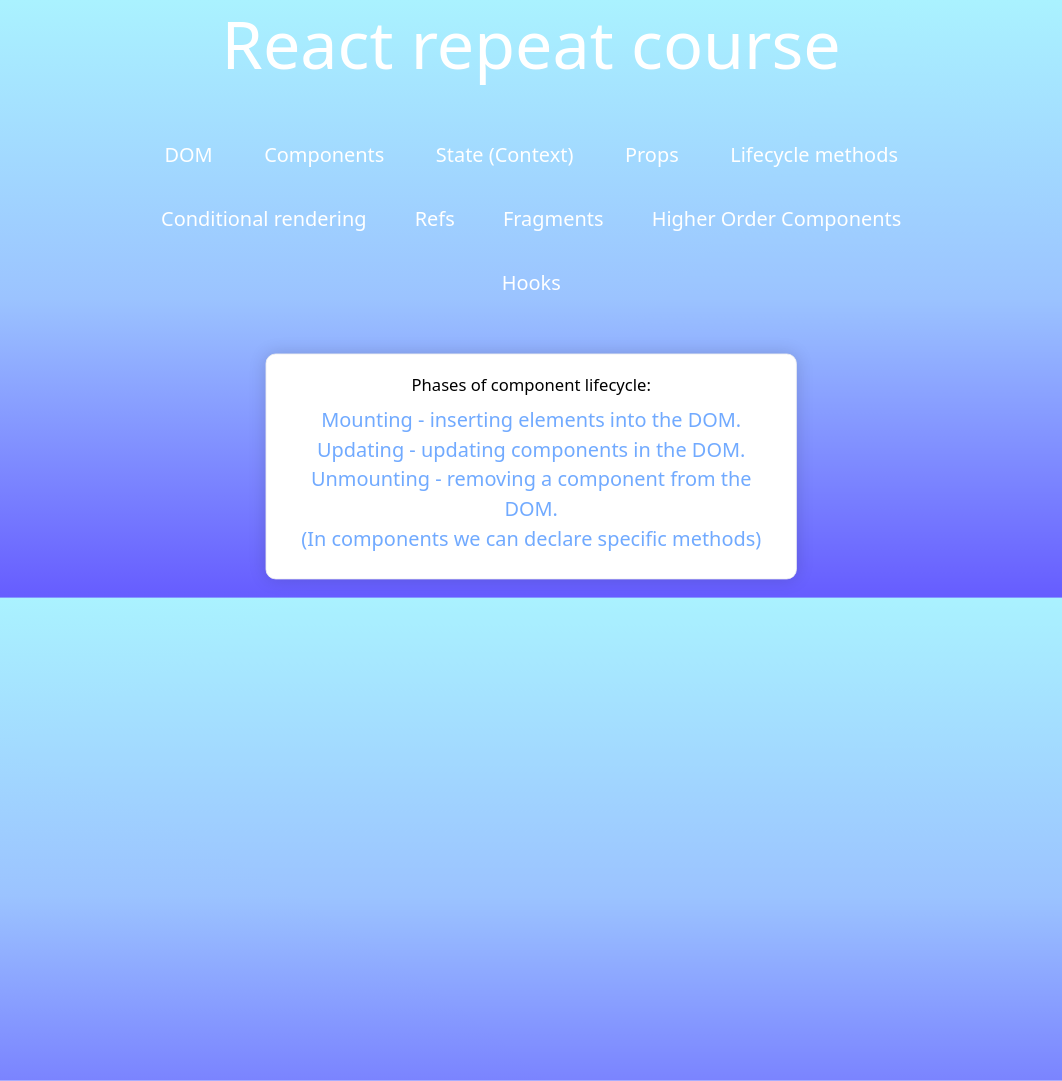
Repository: michalgornicki/github
Page: /#/Lifecycle
An editor plug-in stored every save of this project. The page is shown before and after the next save, followed by the edit.
The browser window is 1280 px wide. The pictures show the whole page, at 83% of full size.
Backgrounds fixed to the window are drawn as part of the page. The project was rebuilt for these pictures with package versions that can differ from the ones it lists, and the page was loaded fresh each time. Also part of the build but not shown: src/components/dom.jsx, src/components/components.jsx, src/components/state.jsx, src/components/props.jsx, src/components/conditional.jsx, src/components/refs.jsx, src/components/fragments.jsx, src/components/hoc.jsx and 1 more.

Above is the page before, as saved 2022-02-07 13:08:03.

### src/App.jsx
import React from "react";
import "./App.css";
import "bootstrap/dist/css/bootstrap.min.css";
import { Route, HashRouter as Router, Routes, Link } from "react-router-dom";
import DOM from "./components/dom.jsx";
import Components from "./components/components.jsx";
import State from "./components/state.jsx";
import Props from "./components/props.jsx";
import Lifecycle from "./components/lifecycle.jsx";
import Conditional from "./components/conditional.jsx";
import Refs from "./components/refs.jsx";
import Fragments from "./components/fragments.jsx";
import HOC from "./components/hoc.jsx";
import Hooks from "./components/hooks.jsx";

const App = () => {
  return (
    <Router>
      <div className="text-center">
        <div className="display-1 mt-1 mb-5 text-white">React repeat course</div>

        <div className="h4 d-flex w-75 m-auto my-5 justify-content-evenly flex-wrap text-white">
          <Link className="link-style m-3" to="/">
            DOM
          </Link>
          <Link className="link-style m-3" to="/Components">
            Components
          </Link>
          <Link className="link-style m-3" to="/State">
            State (Context)
          </Link>
          <Link className="link-style m-3" to="/Props">
            Props
          </Link>
          <Link className="link-style m-3" to="/Lifecycle">
            Lifecycle methods
          </Link>
          <Link className="link-style m-3" to="/Conditional">
            Conditional rendering
          </Link>
          <Link className="link-style m-3" to="/Refs">
            Refs
          </Link>
          <Link className="link-style m-3" to="/Fragments">
            Fragments
          </Link>
          <Link className="link-style m-3" to="/HOC">
            Higher Order Components
          </Link>
          <Link className="link-style m-3" to="/Hooks">
            Hooks
          </Link>
        </div>

        <Routes>
          <Route path="/" element={<DOM />} />
          <Route path="/Components" element={<Components />} />
          <Route path="/State" element={<State />} />
          <Route path="/Props" element={<Props />} />
          <Route path="/Lifecycle" element={<Lifecycle />} />
          <Route path="/Conditional" element={<Conditional />} />
          <Route path="/Refs" element={<Refs />} />
          <Route path="/Fragments" element={<Fragments />} />
          <Route path="/HOC" element={<HOC />} />
          <Route path="/Hooks" element={<Hooks />} />
        </Routes>
      </div>
    </Router>
  );
};

export default App;

### src/App.css
@import url('https://fonts.googleapis.com/css2?family=Catamaran:wght@400&display=swap');

body{
    font-family: 'Catamaran', sans-serif;
    overflow-x: hidden;
    padding-bottom: 80vh;
    height: auto;
    background: linear-gradient(rgb(170, 242, 255), rgb(155, 195, 255), rgb(102, 92, 255));
    background-attachment: fixed;
}

.js-item{
    color:rgb(0, 0, 0);
    font-size: 1.25rem;
    background-color: white;
    transition: 0.2s;
    padding: 3vh;
    margin-bottom: 4vh!important;
    border: 1px solid rgb(240, 240, 240);
    width: 50%;
    margin-left: auto;
    margin-right: auto;
    box-shadow: 0px 0px 20px rgba(0, 0, 0, 0.15);
    border-radius: 0.75rem;
}

.js-item:hover{
    cursor: pointer;
    background-color: rgb(240, 240, 240);
}

.text-color{
    margin: auto;
    padding: 0.5rem;
    width: fit-content;
    color:rgb(113, 170, 255)!important;
    font-size: 1.5rem;
    border-radius: 1rem;
}

.link-style{
    color: inherit;
    text-decoration: inherit;
    padding: 0.5rem;
    border-radius: 0.5rem;
}

.link-style:hover{
    color: rgb(113, 170, 255);
    text-decoration: inherit;
}

@media only screen and (max-device-width: 600px), (max-width: 600px) {

    .js-item{
        width: 95%;
    }

}

### src/components/lifecycle.jsx
const Lifecycle = () => {
  return (
    <div className="">
      <div className="js-item">
        {" "}
        <div className="">Phases of component lifecycle: </div>
        <div className="text-color">
          {`Mounting - inserting elements into the DOM.`} <br />
          {`Updating - updating components in the DOM.`} <br />
          {`Unmounting - removing a component from the DOM.`}{" "} <br />
          (In components we can declare specific methods)
        </div>{" "}

      </div>
    </div>
  );
};

export default Lifecycle;

Loaded but not shown: public/index.html (common file); src/index.js (common file); src/index.css (common file); src/reportWebVitals.js (common file)

After the next save:
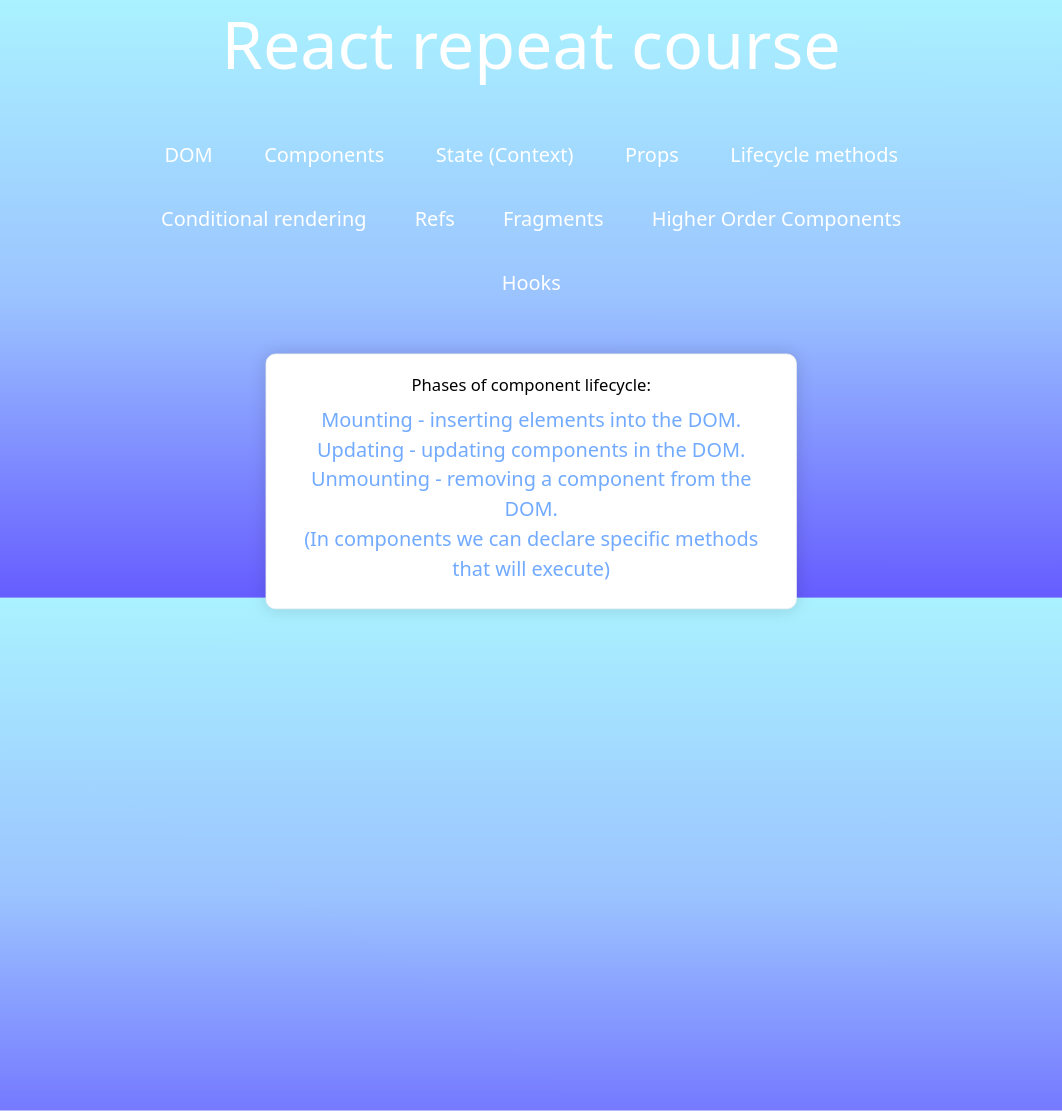
Saved 6 s later.
--- a/src/components/lifecycle.jsx
+++ b/src/components/lifecycle.jsx
@@ -8,7 +8,7 @@
           {`Mounting - inserting elements into the DOM.`} <br />
           {`Updating - updating components in the DOM.`} <br />
           {`Unmounting - removing a component from the DOM.`}{" "} <br />
-          (In components we can declare specific methods)
+          (In components we can declare specific methods that will execute)
         </div>{" "}
 
       </div>
